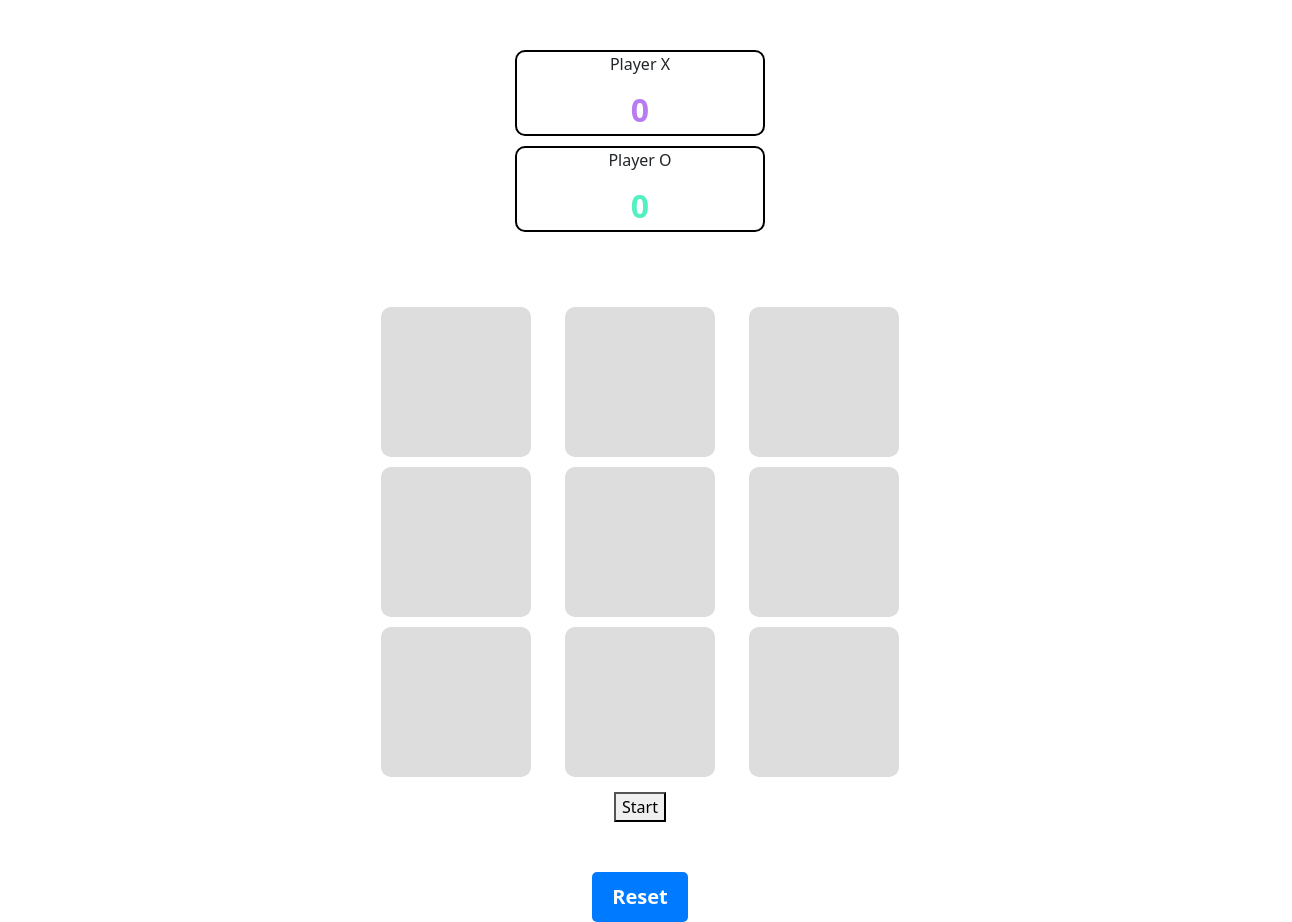
Repository: woodsdeshe/Tic-Tac-Toe
Page: index.html
The author's editor kept a copy of each file at every save. The page is drawn from the files as they stood at one save, then again after the next save.
The browser window is 1280 px wide. The page is 1292 px wide, so the pictures cover 1292 px, including what lies to the right of the window. The pictures show the whole page.

Above is the page before, as saved 2023-03-31 21:14:41.

### index.html
<!DOCTYPE html>
<html lang="en">
  <head>
    <meta charset="UTF-8" />
    <meta http-equiv="X-UA-Compatible" content="IE=edge" />
    <meta name="viewport" content="width=device-width, initial-scale=1.0" />
    <title>Tic Tac Toe | DeShe Woods</title>
    <link rel="stylesheet" href="styles.css" />
    <link
      href="https://cdn.jsdelivr.net/npm/bootstrap@5.3.0-alpha2/dist/css/bootstrap.min.css"
      rel="stylesheet"
      integrity="sha384-aFq/bzH65dt+w6FI2ooMVUpc+21e0SRygnTpmBvdBgSdnuTN7QbdgL+OapgHtvPp"
      crossorigin="anonymous"
    />
  </head>
  <body>
    <div class="container">
      <div class="row">
        <div class="col-12 scoreboard scoreboard-left">
          <div>Player X</div>
          <div class="score-x">0</div>
        </div>
        <div class="col-12 scoreboard scoreboard-right">
          <div>Player O</div>
          <div class="score-o">0</div>
        </div>
      </div>
      <div class="message"></div>
      <div class="container game-board">
        <div class="row">
          <div class="col-4">
            <div class="tile square-1"></div>
          </div>
          <div class="col-4">
            <div class="tile square-2"></div>
          </div>
          <div class="col-4">
            <div class="tile square-3"></div>
          </div>
        </div>
        <div class="row">
          <div class="col-4">
            <div class="tile square-4"></div>
          </div>
          <div class="col-4">
            <div class="tile square-5"></div>
          </div>
          <div class="col-4">
            <div class="tile square-6"></div>
          </div>
        </div>
        <div class="row">
          <div class="col-4">
            <div class="tile square-7"></div>
          </div>
          <div class="col-4">
            <div class="tile square-8"></div>
          </div>
          <div class="col-4">
            <div class="tile square-9"></div>
          </div>
        </div>
      </div>
      </div>
      <div class="row">
        <div class="col">
          <div class="start">
            <button class="startBtn">Start</button>
          </div>
          <div class="reset">
            <button class="reset-btn">Reset</button>
          </div>
        </div>
      </div>
    </div>
    <script
      src="https://cdn.jsdelivr.net/npm/bootstrap@5.3.0-alpha2/dist/js/bootstrap.bundle.min.js"
      integrity="sha384-qKXV1j0HvMUeCBQ+QVp7JcfGl760yU08IQ+GpUo5hlbpg51QRiuqHAJz8+BrxE/N"
      crossorigin="anonymous"
    ></script>
    <script src="script.js"></script>
  </body>
</html>

### styles.css
.container {
  display: flex;
  flex-direction: column;
  align-items: center;
  margin-top: 50px;
}

.scoreboard {
  display: flex;
  flex-direction: column;
  align-items: center;
  border: 2px solid black;
  border-radius: 10px;
  width: 200px;
}

.scoreboard-left {
  margin-right: 70px;
  margin-bottom: 10px;
}

.scoreboard-right {
  margin: 0;
}

.score-x {
  font-size: 48px;
  color: rgb(184, 123, 241);
}

.score-o {
  font-size: 48px;
  color: rgb(83, 240, 193);
}

.score-x,
.score-o {
  font-size: 2em;
  font-weight: bold;
  margin-top: 10px;
}

.message {
  font-size: 2em;
  margin-bottom: 20px;
}

.game-board {
  display: flex;
  justify-content: center;
}

.tile {
  width: 150px;
  height: 150px;
  background-color: #ddd;
  margin: 5px;
  border-radius: 10px;
  display: flex;
  justify-content: center;
  align-items: center;
  font-size: 50px;
  font-weight: bold;
  cursor: pointer;
}

.reset {
  text-align: center;
  margin-top: 50px;
}

.reset-btn {
  font-size: 20px;
  font-weight: bold;
  padding: 10px 20px;
  background-color: #007bff;
  color: white;
  border-radius: 5px;
  border: none;
  cursor: pointer;
}

.start {
    text-align: center;
    margin-top: 10px;
}

.x-symbol {
    color: rgb(184, 123, 241);
}

.o-symbol {
    color: rgb(83, 240, 193);
}

@media (max-width: 767px) {
  .scoreboard {
    margin-bottom: 20px;
  }
}

### script.js
// Variables that access the squares, reset button, scoreboards , and messaging for the game that will stay constant
const gameBoard = document.querySelector(".game-board");
const resetBtn = document.querySelector(".reset-btn");
const scoreboardX = document.querySelector(".score-x");
const scoreboardO = document.querySelector(".score-o");
const message = document.querySelector(".message");
const tile = document.querySelectorAll(".tile");

// Variables that access the current player, game over, X and O scores that will change based on conditions of the game
let currentPlayer = "X";
let gameOver = false;
let xScore = 0;
let oScore = 0;

// This event listener will check to see if the tiles are empty and will fill them with the symbol of the current player

gameBoard.addEventListener("click", (event) => {
  event.preventDefault();

  //This if statement checks to see if the game is over before allowing the players to continue playing. If gameOver is true, then the board becomes unclickable
  if (gameOver) {
    return;
  }

  // This variable will hold the square that gets clicked using the .target property
  const square = event.target;

  // Checks to see if the square contains a class of tile and the square is empty. If it's empty then the square will contain a symbol and alternate the symbol according to the current player
  if (square.classList.contains("tile") && square.textContent === "") {
    // This if statement adds or removes the appropriate symbol class based on the current player so that the colors of the symbols will be different
    if (currentPlayer === "X") {
      square.classList.add("x-symbol");
      square.classList.remove("o-symbol");
    } else {
      square.classList.add("o-symbol");
      square.classList.remove("x-symbol");
    }

    square.textContent = currentPlayer;

    //Updates the message variable to show who's turn it is on the screen
    message.textContent = `It's ${currentPlayer} turn`;

    currentPlayer = currentPlayer === "X" ? "O" : "X";
  }

  //Calls the checkForWinner function after each turn to see if a player has won
  checkForWinner();
});

// Check to see if the tiles contain a winning play of a specific player
function currentPlay(plays, player) {
  // The .every method checks through every tile within the player array that checks to see if they contain the current players symbol with a boolean "true" or "false"
  return plays.every((tile) => {
    tileElement = document.querySelector(`.square-${tile}`);
    return tileElement.textContent === player;
  });
}

// This function will check to see which player has the winning set after each move
function checkForWinner() {
  // Nested arrays that show all the winning plays that are needed to win
  const winningPlays = [
    [1, 2, 3],
    [4, 5, 6],
    [7, 8, 9],
    [1, 4, 7],
    [2, 5, 8],
    [3, 6, 9],
    [1, 5, 9],
    [3, 5, 7],
  ];

  // Loops through each array within "winingPlays" and stores the values in the variable "plays"
  for (let i = 0; i < winningPlays.length; i++) {
    const plays = winningPlays[i];

    // Create if/else conditions that will check to see if the current player has a winning play thats in 'winningPlays', if no one wins, it calls the "itsATie" function to alert the players that the game is over and prevents the players from continuing to play using th endGame function"
    if (currentPlay(plays, "X")) {
      xScore++;
      scoreboardX.textContent = xScore;
      message.textContent = "Player X Wins!";
      gameOver = true;
      endGame();
    } else if (currentPlay(plays, "O")) {
      oScore++;
      scoreboardO.textContent = oScore;
      message.textContent = "Player O Wins!";
      gameOver = true;
      endGame();
    } else if (itsATie()) {
      message.textContent = "Game over! It's a tie!!!";
      gameOver = true;
      endGame();
    }
  }

  // This function iterates through all the tiles on the board and checks to see if the board is full. If there isn't any empty tiles left, it returns true.
  function itsATie() {
    for (let i = 0; i < tile.length; i++) {
      if (tile[i].textContent === "") {
        return false;
      }
    }
    return true;
  }

  // This function iterates through all the tiles in the game and removes the gameBoard listener so that the board is no longer clickable when the game is over
  function endGame() {
    for (let i = 0; i < tile.length; i++) {
      tile[i].removeEventListener("click", handleClick);
    }
  }
}

//This function resets the game
function resetGame() {
  currentPlayer = "X";
  gameOver = false;
  message.textContent = `It's ${currentPlayer} turn`;
  scoreboardX.textContent = "0";
  scoreboardO.textContent = "0";
  xScore = 0;
  oScore = 0;

  // Clears the board by setting the text content of all tiles to an empty string
  tile.forEach((tile) => {
    tile.textContent = "";
  });

  // Add back the event listener to each tile so that they are clickable again
  tile.forEach((tile) => {
    tile.addEventListener("click", handleTileClick);
  });
}

resetBtn.addEventListener("click", () => {
  resetGame();
});

After the next save:
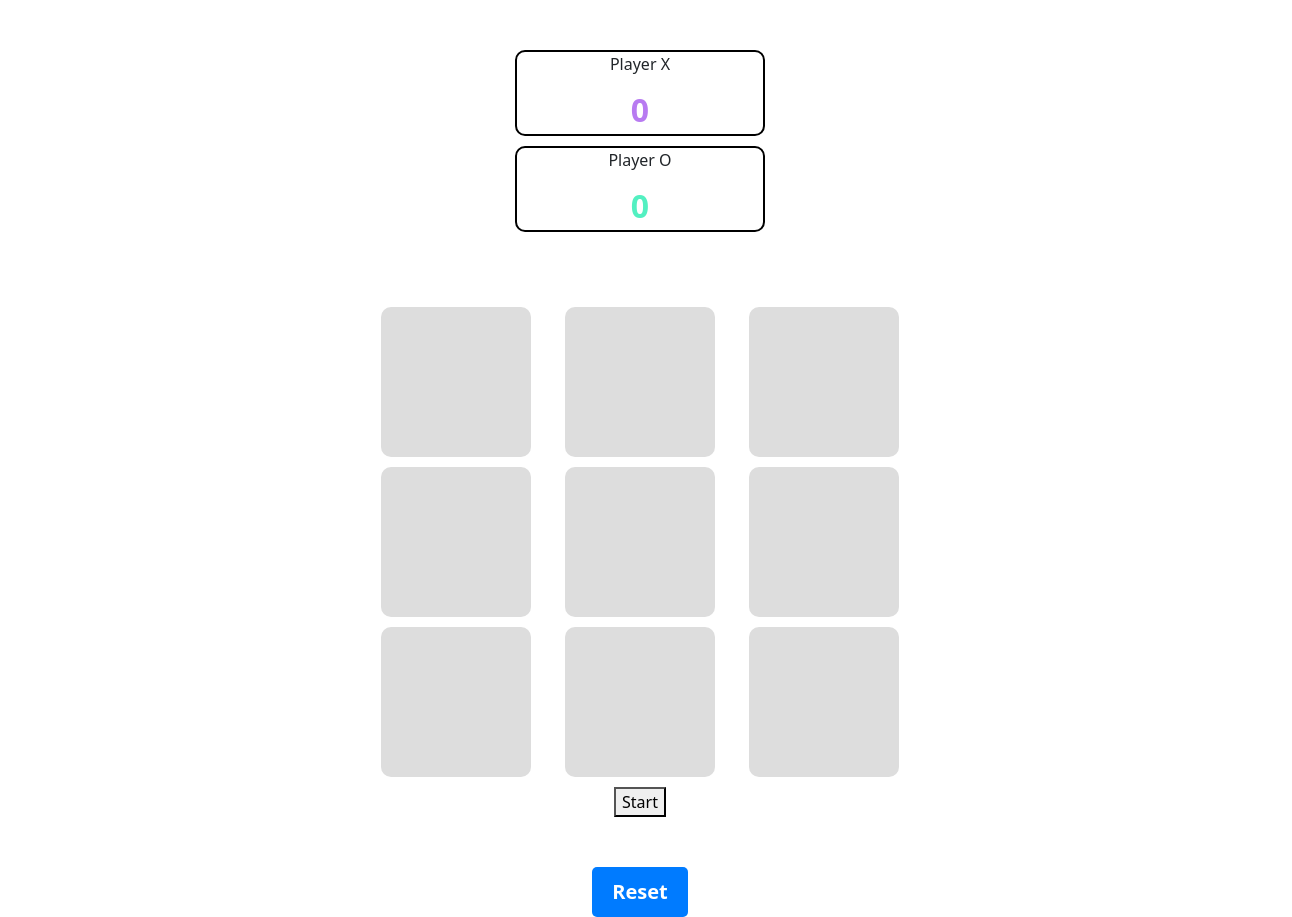
Saved 19 s later.
--- a/styles.css
+++ b/styles.css
@@ -82,7 +82,7 @@
 
 .start {
     text-align: center;
-    margin-top: 10px;
+    margin-top: 5px;
 }
 
 .x-symbol {

After the save that followed:
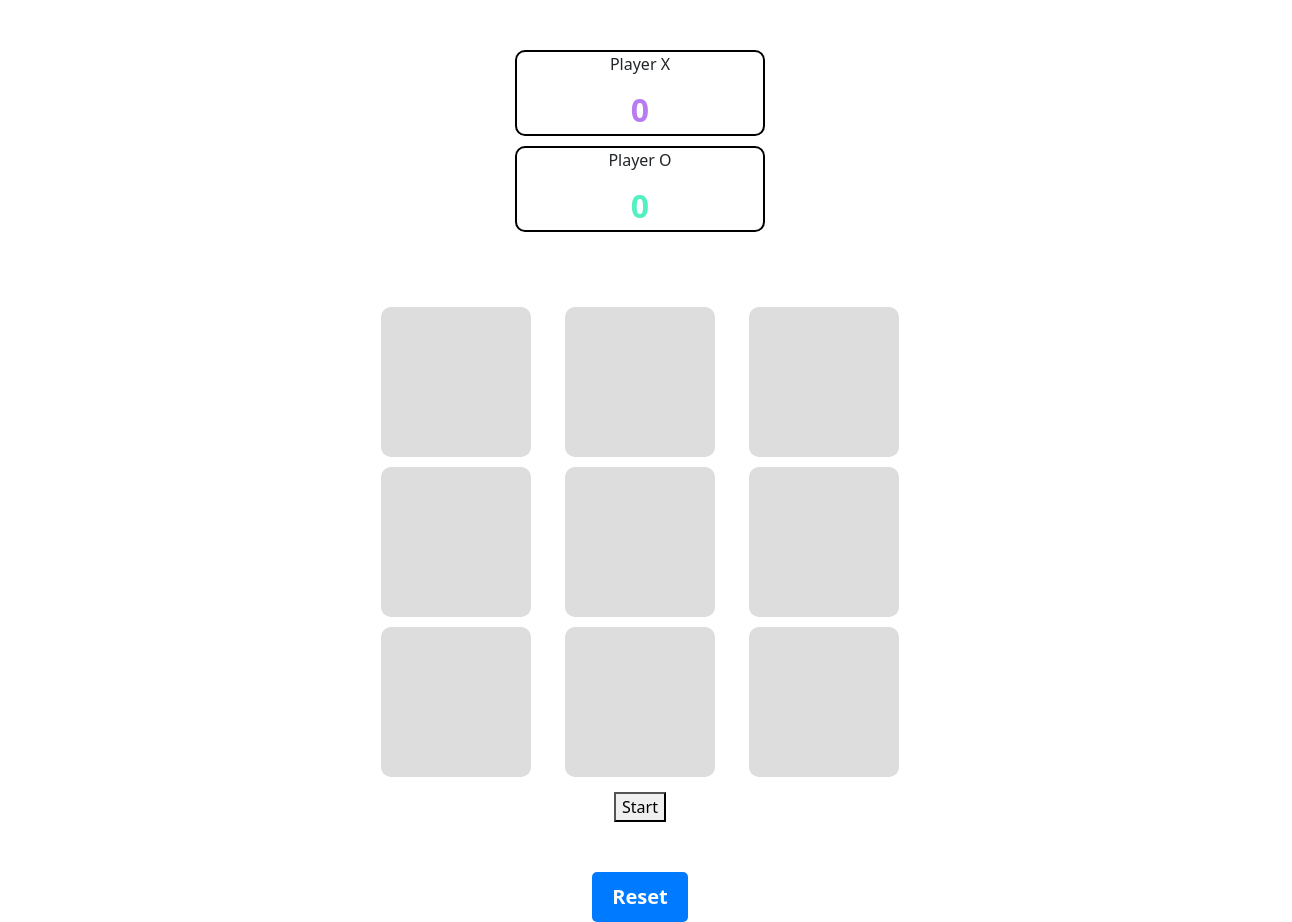
Saved 6 s later.
--- a/styles.css
+++ b/styles.css
@@ -82,7 +82,7 @@
 
 .start {
     text-align: center;
-    margin-top: 5px;
+    margin-top: 10px;
 }
 
 .x-symbol {
